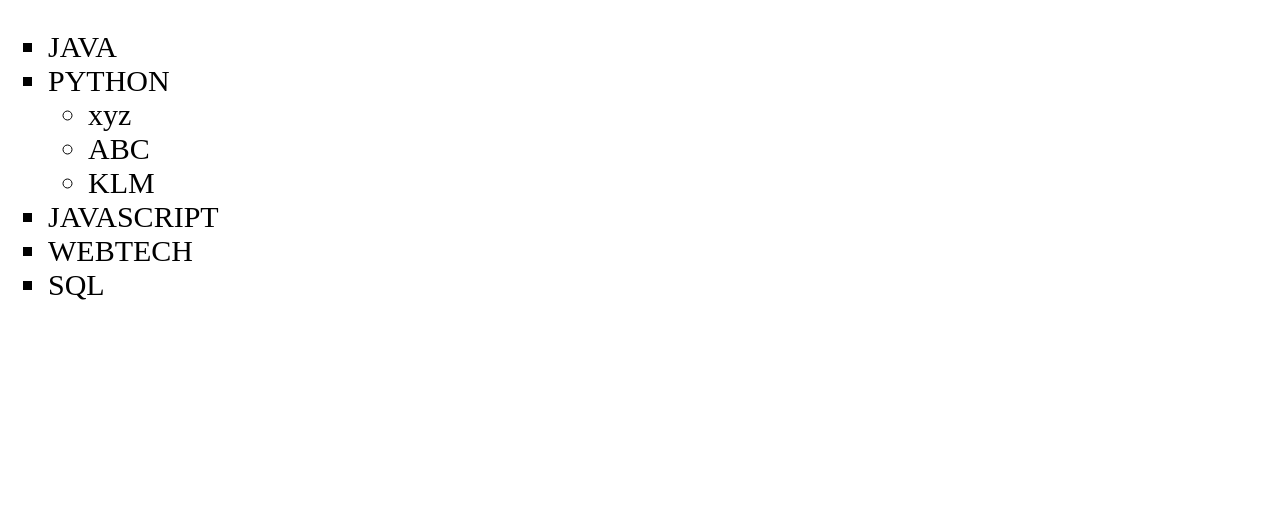
Repository: Rohit-sharma9838/myself
Page: Qspider/list.html
An editor plug-in stored every save of this project. The page is shown before and after the next save, followed by the edit.
The browser window is 1280 px wide. The pictures show the whole page.

Above is the page before, as saved 2025-08-16 17:37:45.

After the next save:
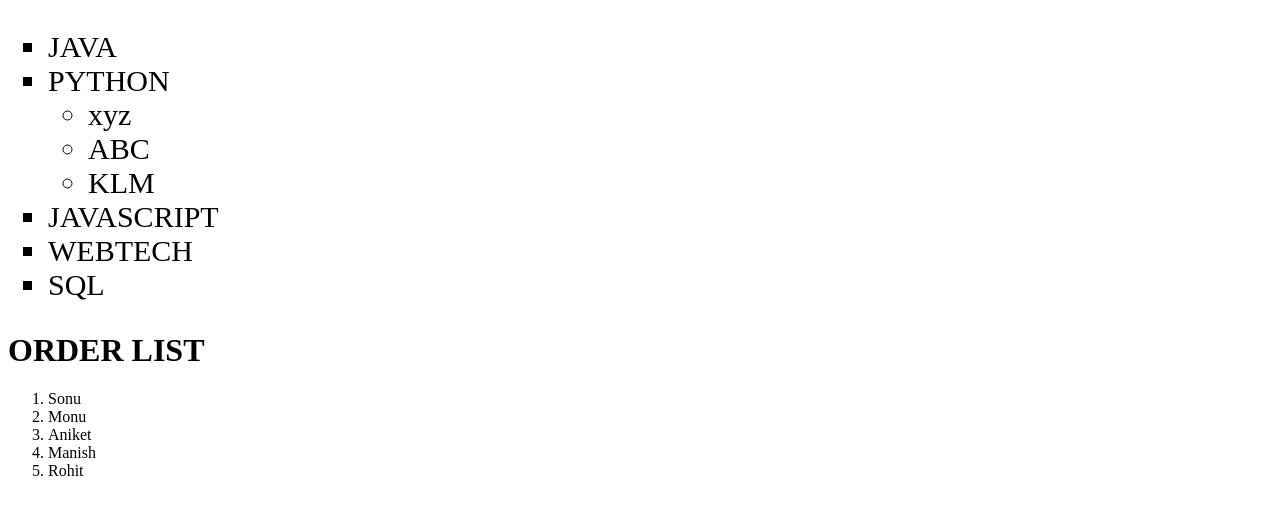
Saved 2 min 7 s later.
--- a/Qspider/list.html
+++ b/Qspider/list.html
@@ -18,5 +18,13 @@
         <li>WEBTECH</li>
         <li>SQL</li>
     </ul>
+    <h1>ORDER LIST</h1>
+    <ol>
+        <li>Sonu</li>
+        <li>Monu</li>
+        <li>Aniket</li>
+        <li>Manish</li>
+        <li>Rohit</li>
+    </ol>
 </body>
 </html>
